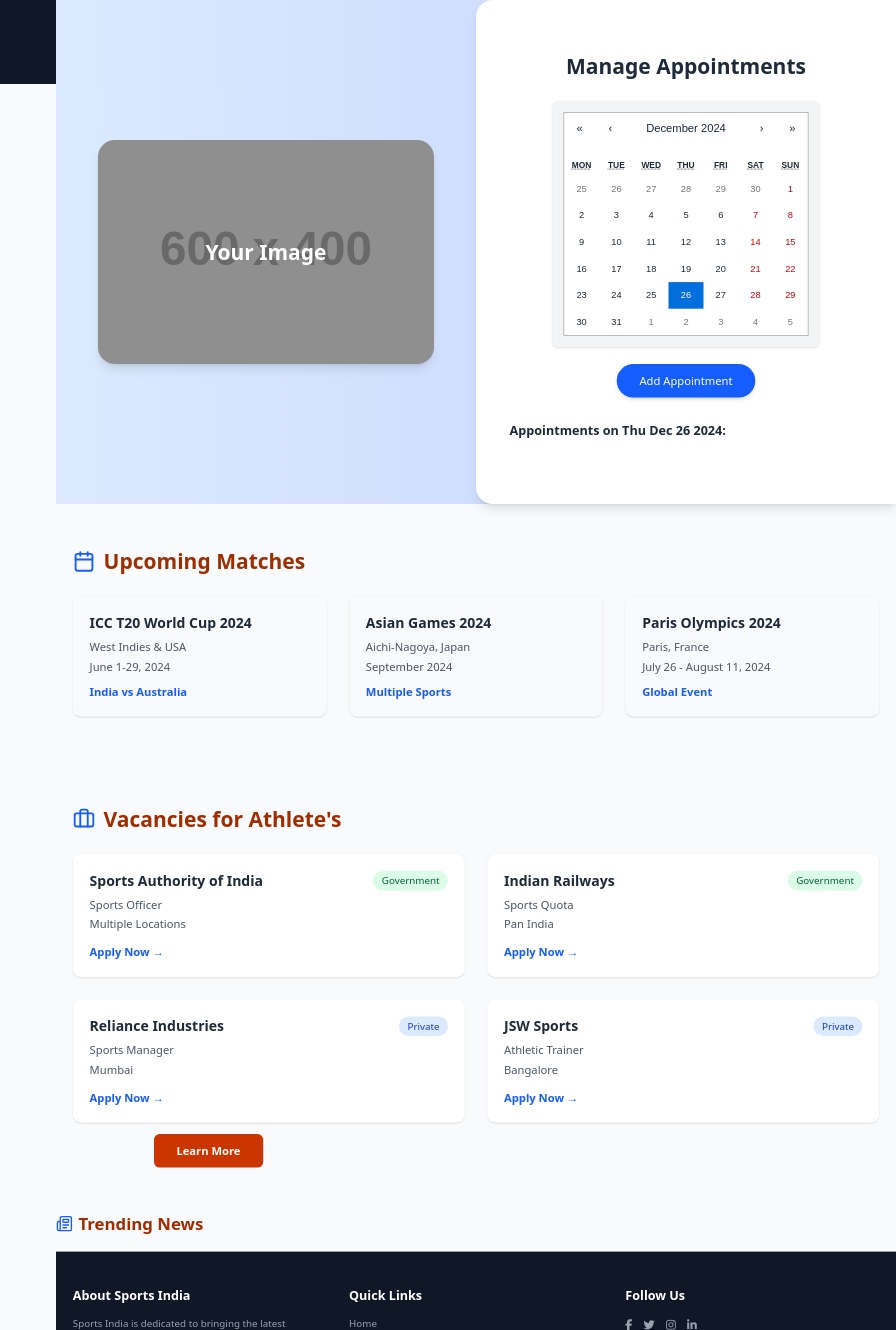
Repository: Shovon0004/Athlete
Page: / (app in Athlete/)
An editor plug-in stored every save of this project. The page is shown before and after the next save, followed by the edit.
The browser window is 1280 px wide. The pictures show the part of the page from y = 600 to 2500 px (the page is 2684 px tall), at 70% of full size.
The page's requests for data from a server got no answer. The project was rebuilt for these pictures with package versions that can differ from the ones it lists, and the page was loaded fresh each time. No one was signed in, and anything a server would have sent is missing. Also part of the build but not shown: Athlete/vite.config.js.

Above is the page before, as saved 2025-01-26 22:55:12.

After the next save:
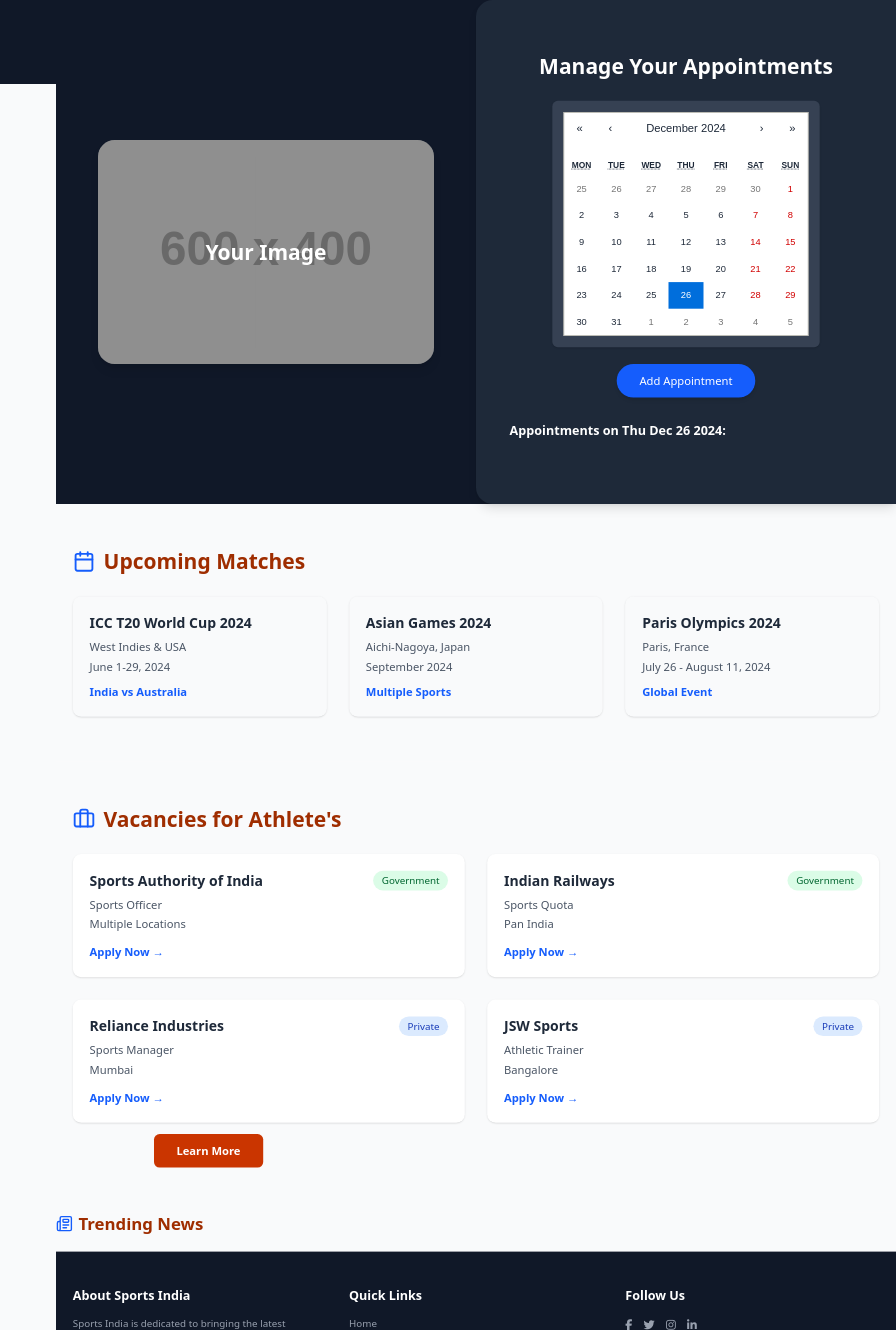
Saved 2 min 2 s later.
--- a/Athlete/src/components/AppointmentPage.jsx
+++ b/Athlete/src/components/AppointmentPage.jsx
@@ -1,4 +1,4 @@
-import React, { useState } from "react";
+import React, { useState, useEffect } from "react";
 import Calendar from "react-calendar";
 import { ToastContainer, toast } from "react-toastify";
 import "react-calendar/dist/Calendar.css";
@@ -7,6 +7,17 @@
 const AppointmentPage = () => {
   const [date, setDate] = useState(new Date());
   const [appointments, setAppointments] = useState({});
+
+  // Load appointments from local storage
+  useEffect(() => {
+    const savedAppointments = JSON.parse(localStorage.getItem("appointments")) || {};
+    setAppointments(savedAppointments);
+  }, []);
+
+  // Save appointments to local storage
+  useEffect(() => {
+    localStorage.setItem("appointments", JSON.stringify(appointments));
+  }, [appointments]);
 
   const handleDateChange = (selectedDate) => {
     setDate(selectedDate);
@@ -26,8 +37,21 @@
     }
   };
 
+  const deleteAppointment = (index) => {
+    const dateKey = date.toDateString();
+    const updatedAppointments = { ...appointments };
+    updatedAppointments[dateKey].splice(index, 1);
+
+    if (updatedAppointments[dateKey].length === 0) {
+      delete updatedAppointments[dateKey];
+    }
+
+    setAppointments(updatedAppointments);
+    toast.info("Appointment deleted!");
+  };
+
   return (
-    <div className="flex h-screen bg-gradient-to-r from-blue-100 to-indigo-200">
+    <div className="flex h-screen bg-gray-900 text-white">
       {/* Left Side - Image */}
       <div className="w-1/2 flex items-center justify-center">
         <div className="relative w-4/5">
@@ -43,11 +67,11 @@
       </div>
 
       {/* Right Side - Calendar */}
-      <div className="w-1/2 bg-white flex flex-col items-center justify-center p-12 rounded-l-3xl shadow-lg">
-        <h2 className="text-3xl font-bold text-gray-800 mb-8">Manage Appointments</h2>
+      <div className="w-1/2 bg-gray-800 flex flex-col items-center justify-center p-12 rounded-l-3xl shadow-lg">
+        <h2 className="text-3xl font-bold mb-8">Manage Your Appointments</h2>
 
         {/* Calendar */}
-        <div className="bg-gray-100 rounded-lg p-4 shadow">
+        <div className="bg-gray-700 rounded-lg p-4 shadow">
           <Calendar
             onChange={handleDateChange}
             value={date}
@@ -66,13 +90,22 @@
 
         {/* Display Appointments */}
         <div className="mt-8 w-full">
-          <h3 className="text-lg font-semibold text-gray-800 mb-4">
+          <h3 className="text-lg font-semibold mb-4">
             Appointments on {date.toDateString()}:
           </h3>
-          <ul className="text-gray-700 space-y-2">
+          <ul className="text-gray-200 space-y-2">
             {(appointments[date.toDateString()] || []).map((appointment, index) => (
-              <li key={index} className="p-2 bg-blue-100 rounded-lg shadow-md">
-                - {appointment}
+              <li
+                key={index}
+                className="p-2 bg-blue-900 rounded-lg shadow-md flex justify-between items-center"
+              >
+                <span>{appointment}</span>
+                <button
+                  onClick={() => deleteAppointment(index)}
+                  className="text-red-500 hover:text-red-700 transition"
+                >
+                  Delete
+                </button>
               </li>
             ))}
           </ul>
